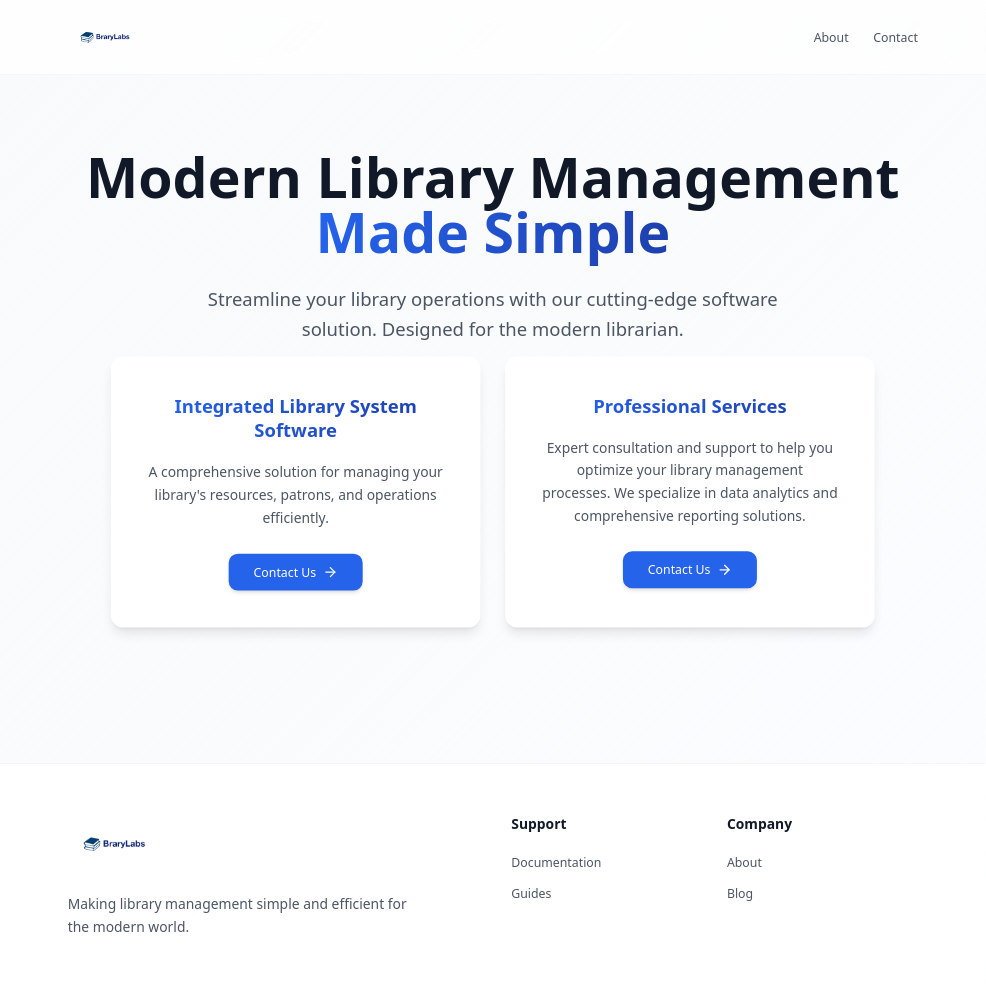
Repository: bgroble14/brarylabs-website
Page: /
An editor plug-in stored every save of this project. The page is shown before and after a run of saves, followed by the edit.
The browser window is 1280 px wide. The pictures show the whole page, at 77% of full size.
The project was rebuilt for these pictures with package versions that can differ from the ones it lists, and the page was loaded fresh each time. Also part of the build but not shown: vite.config.ts.

Above is the page before, as saved 2025-01-16 17:22:58.

### src/App.tsx
import React from 'react';
import { Book, ArrowRight } from 'lucide-react';

interface SectionProps {
  title: string;
  description: string;
}

const Section: React.FC<SectionProps> = ({ title, description }) => (
  <div className="w-full p-12 bg-white rounded-2xl shadow-lg hover:shadow-xl transition-all duration-300 flex flex-col items-center text-center relative overflow-hidden group">
    <div className="absolute inset-0 bg-gradient-to-br from-blue-50/50 to-transparent opacity-0 group-hover:opacity-100 transition-opacity duration-300" />

    <div className="relative z-10">
      <h3 className="text-2xl font-semibold mb-6 bg-clip-text text-transparent bg-gradient-to-r from-blue-600 to-blue-800">
        {title}
      </h3>
      <p className="text-gray-600 mb-8 text-lg leading-relaxed max-w-md">
        {description}
      </p>
      <button className="bg-blue-600 text-white px-8 py-3 rounded-xl hover:bg-blue-700 flex items-center mx-auto font-medium shadow-md hover:shadow-lg transition-all duration-300 group/button">
        Contact Us
        <ArrowRight className="ml-2 h-5 w-5 transform group-hover/button:translate-x-1 transition-transform" />
      </button>
    </div>
  </div>
);

function App() {
  return (
    <div className="min-h-screen bg-gradient-to-br from-gray-50 to-blue-50/30">
      {/* Navigation */}
      <nav className="bg-white/80 backdrop-blur-md sticky top-0 z-50 border-b border-gray-100">
        <div className="max-w-6xl mx-auto px-6 py-4">
          <div className="flex justify-between items-center">
            <div className="flex items-center space-x-3">
              <div className="flex items-center group">
                <img
                  src="/logo-transparent.png"
                  alt="BraryLabs Logo"
                  className="h-16 w-auto transform group-hover:scale-110 transition-transform duration-300 mix-blend-multiply"
                />
              </div>
            </div>
            <div className="flex space-x-8">
              <a href="#about" className="text-gray-600 hover:text-blue-600 transition-colors font-medium">About</a>
              <a href="#contact" className="text-gray-600 hover:text-blue-600 transition-colors font-medium">Contact</a>
            </div>
          </div>
        </div>
      </nav>

      {/* Hero Section */}
      <div className="relative overflow-hidden">
        <div className="max-w-6xl mx-auto px-6 pt-24 pb-20">
          <div className="text-center relative z-10">
            <h1 className="text-5xl md:text-7xl font-bold mb-8 leading-tight">
              <span className="text-gray-900">Modern Library Management</span>
              <br />
              <span className="bg-clip-text text-transparent bg-gradient-to-r from-blue-600 to-blue-800">
                Made Simple
              </span>
            </h1>
            <p className="text-2xl text-gray-600 mb-4 max-w-3xl mx-auto font-medium leading-relaxed">
              Streamline your library operations with our cutting-edge software solution.
              Designed for the modern librarian.
            </p>

            {/* Service Sections */}
            <div className="grid md:grid-cols-2 gap-8 max-w-5xl mx-auto px-4">
              <Section
                title="Integrated Library System Software"
                description="A comprehensive solution for managing your library's resources, patrons, and operations efficiently."
              />
              <Section
                title="Professional Services"
                description="Expert consultation and support to help you optimize your library management processes. We specialize in data analytics and comprehensive reporting solutions."
              />
            </div>
          </div>
        </div>
      </div>

      {/* Footer */}
      <footer className="bg-white mt-24 border-t border-gray-100">
        <div className="max-w-6xl mx-auto px-6 py-16">
          <div className="grid md:grid-cols-2 gap-12">
            <div>
              <div className="flex items-center space-x-2 mb-6">
                <img
                  src="/logo-transparent.png"
                  alt="BraryLabs Logo"
                  className="h-20 w-auto mix-blend-multiply"
                />
              </div>
              <p className="text-gray-600 text-lg leading-relaxed max-w-md">
                Making library management simple and efficient for the modern world.
              </p>
            </div>
            <div className="grid grid-cols-2 gap-8">
              <div>
                <h3 className="font-semibold text-lg mb-6 text-gray-900">Support</h3>
                <ul className="space-y-4">
                  <li>
                    <a href="#docs" className="text-gray-600 hover:text-blue-600 transition-colors">
                      Documentation
                    </a>
                  </li>
                  <li>
                    <a href="#guides" className="text-gray-600 hover:text-blue-600 transition-colors">
                      Guides
                    </a>
                  </li>
                </ul>
              </div>
              <div>
                <h3 className="font-semibold text-lg mb-6 text-gray-900">Company</h3>
                <ul className="space-y-4">
                  <li>
                    <a href="#about" className="text-gray-600 hover:text-blue-600 transition-colors">
                      About
                    </a>
                  </li>
                  <li>
                    <a href="#blog" className="text-gray-600 hover:text-blue-600 transition-colors">
                      Blog
                    </a>
                  </li>
                </ul>
              </div>
            </div>
          </div>
        </div>
      </footer>
    </div>
  );
}

export default App;

Loaded but not shown: index.html (common file); src/main.tsx (common file); src/index.css (common file); tailwind.config.js (common file)

After the next 2 saves:
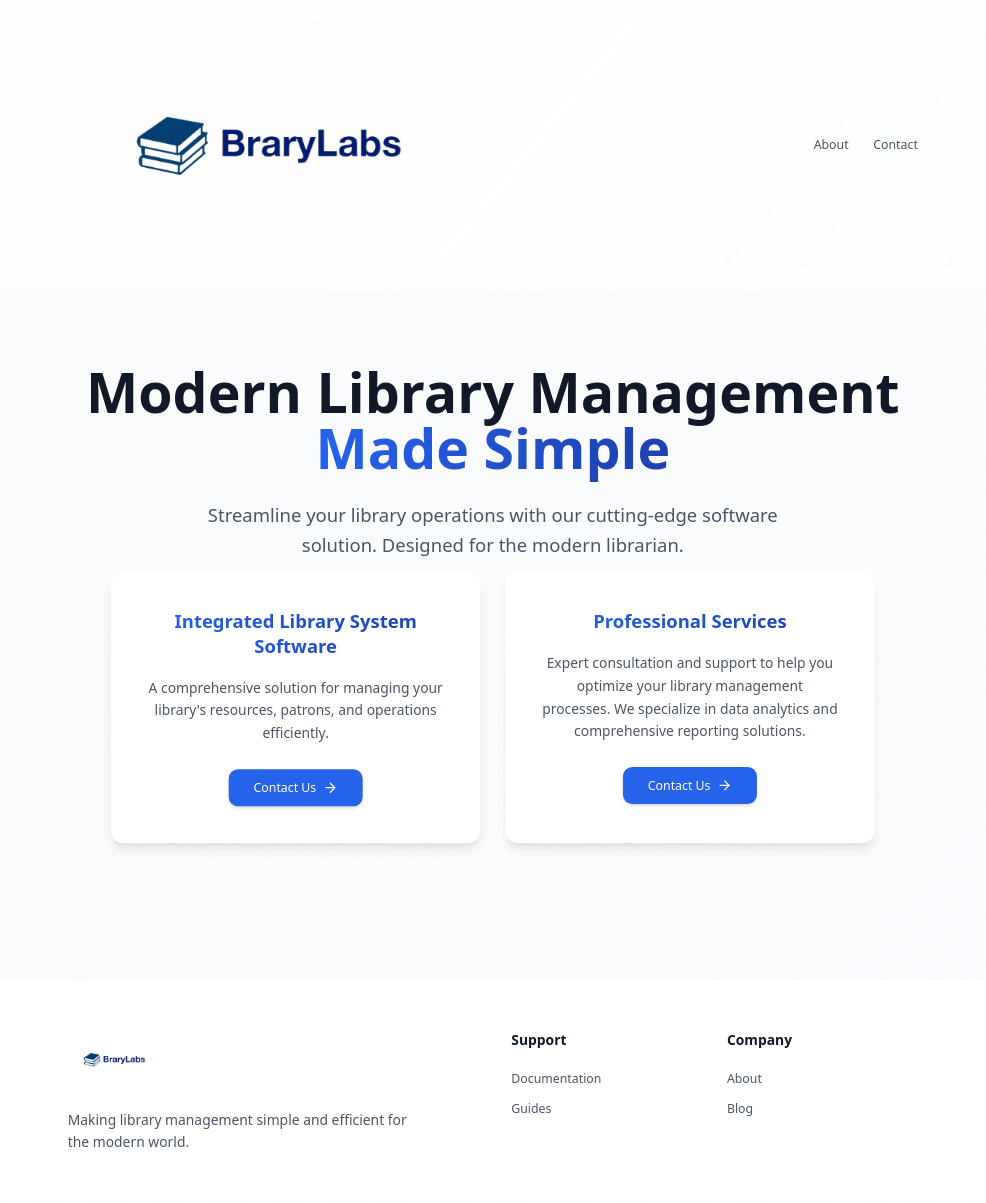
The 2 saves are shown as one change because they came seconds apart.
The last was saved 11 s later.
--- a/src/App.tsx
+++ b/src/App.tsx
@@ -37,7 +37,7 @@ function App() {
                 <img
                   src="/logo-transparent.png"
                   alt="BraryLabs Logo"
-                  className="h-16 w-auto transform group-hover:scale-110 transition-transform duration-300 mix-blend-multiply"
+                  className="h-30 w-auto transform group-hover:scale-110 transition-transform duration-300 mix-blend-multiply"
                 />
               </div>
             </div>
